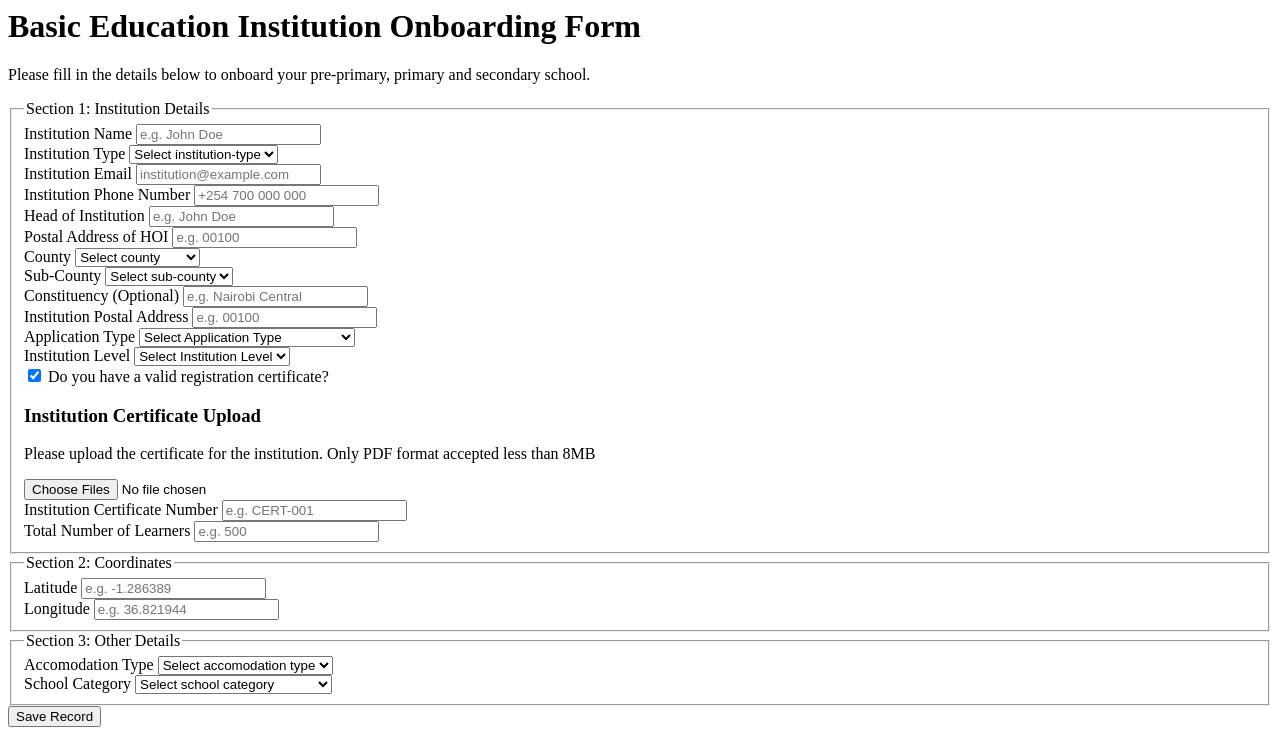
Repository: ndirituart/KEMIS
Page: angular-client/src/app/pages/basic-education/basic-education.html
An editor plug-in stored every save of this project. The page is shown before and after a run of saves, followed by the edit.
The browser window is 1280 px wide. The pictures show the whole page.

Above is the page before, as saved 2026-10-20 22:31:27.

### angular-client/src/app/pages/basic-education/basic-education.html
<div class="kemis-form-wrapper">
<form class="kemis-form" (ngSubmit)="onSubmit()" #myForm="ngForm">
<h1 class="text-center mb-4">Basic Education Institution Onboarding Form</h1>
<p class="text-center mb-0">Please fill in the details below to onboard your pre-primary, primary and secondary school.</p>
<span></span>
  <!-- ========================================== -->
  <!-- Section 1: Institution Details                -->
  <!-- ========================================== -->
  <fieldset class="mb-4 p-3 border rounded">
    <legend class="float-none w-auto px-2 fs-5 fw-bold text-primary">Section 1: Institution Details</legend>

    <div class="row g-3">
      <!-- Institution Name -->
      <div class="col-md-6">
        <label for="institutionName" class="form-label fw-semibold">Institution Name</label>
        <input type="text" class="form-control" id="institutionName" name="institutionName" placeholder="e.g. John Doe" required>
      </div>

      <!-- Type of School based on Gender -->
      <div class="col-md-6">
        <label for="institutionType" class="form-label fw-semibold">Institution Type</label>
        <select class="form-select" id="institutionType" name="institutionType" required>
          <option value="" disabled selected>Select institution-type</option>
          <option value="Boy's School">Boy's School</option>
          <option value="Girl's School">Girl's School</option>
          <option value="Mixed School">Mixed School</option>
        </select>
      </div>

      <!-- Institution Email -->
      <div class="col-md-6">
        <label for="emailId" class="form-label fw-semibold">Institution Email</label>
        <input type="email" class="form-control" id="emailId" name="emailId" placeholder="institution@example.com" required>
      </div>

      <!-- Institution Phone Number -->
      <div class="col-md-6">
        <label for="mobileNo" class="form-label fw-semibold">Institution Phone Number</label>
        <input type="tel" class="form-control" id="mobileNo" name="mobileNo" placeholder="+254 700 000 000" required>
      </div>

      <!-- Head of Institution -->
      <div class="col-md-6">
        <label for="headOfInstitution" class="form-label fw-semibold">Head of Institution</label>
        <input type="text" class="form-control" id="headOfInstitution" name="headOfInstitution" placeholder="e.g. John Doe" required>
      </div>

      <!-- Postal Address of HOI -->
      <div class="col-md-6">
        <label for="postalAddressHoi" class="form-label fw-semibold">Postal Address of HOI</label>
        <input type="text" class="form-control" id="postalAddressHoi" name="postalAddressHoi" placeholder="e.g. 00100" required>
      </div>

      <!--County List-->
      <div class="col-md-6">
        <label for="county" class="form-label fw-semibold">County</label>
        <select class="form-select" id="county" name="county" required>
          <option value="" disabled selected>Select county</option>
      <option value="baringo">Baringo</option>
      <option value="bomet">Bomet</option>
      <option value="bungoma">Bungoma</option>
      <option value="busia">Busia</option>
      <option value="elgeyo marakwet">Elgeyo Marakwet</option>
      <option value="embu">Embu</option>
      <option value="garissa">Garissa</option>
      <option value="homa bay">Homa Bay</option>
      <option value="isiolo">Isiolo</option>
      <option value="kajiado">Kajiado</option>
      <option value="kakamega">Kakamega</option>
      <option value="kericho">Kericho</option>
      <option value="kiambu">Kiambu</option>
      <option value="kilifi">Kilifi</option>
      <option value="kirinyaga">Kirinyaga</option>
      <option value="kisii">Kisii</option>
      <option value="kisumu">Kisumu</option>
      <option value="kitui">Kitui</option>
      <option value="kwale">Kwale</option>
      <option value="laikipia">Laikipia</option>
      <option value="lamu">Lamu</option>
      <option value="machakos">Machakos</option>
      <option value="makueni">Makueni</option>
      <option value="mandera">Mandera</option>
      <option value="meru">Meru</option>
      <option value="migori">Migori</option>
      <option value="marsabit">Marsabit</option>
      <option value="mombasa">Mombasa</option>
      <option value="muranga">Muranga</option>
      <option value="nairobi">Nairobi</option>
      <option value="nakuru">Nakuru</option>
      <option value="nandi">Nandi</option>
      <option value="narok">Narok</option>
      <option value="nyamira">Nyamira</option>
      <option value="nyandarua">Nyandarua</option>
      <option value="nyeri">Nyeri</option>
      <option value="samburu">Samburu</option>
      <option value="siaya">Siaya</option>
      <option value="taita taveta">Taita Taveta</option>
      <option value="tana river">Tana River</option>
      <option value="tharaka nithi">Tharaka Nithi</option>
      <option value="trans nzoia">Trans Nzoia</option>
      <option value="turkana">Turkana</option>
      <option value="uasin gishu">Uasin Gishu</option>
      <option value="vihiga">Vihiga</option>
      <option value="wajir">Wajir</option>
      <option value="pokot">West Pokot</option>
  </select>
      </div>

      <!--TO-DO: Nestsed array for Sub-County List dependent on county chosen-->
      <div class="col-md-6">
        <label for="subCounty" class="form-label fw-semibold">Sub-County</label>
        <select class="form-select" id="subCounty" name="subCounty" required>
          <option value="" disabled selected>Select sub-county</option>
        </select>
      </div>

      <!--Constituency Name OPTIONAL-->
      <div class="col-md-6">
        <label for="constituency" class="form-label fw-semibold">Constituency (Optional)</label>
        <input type="text" class="form-control" id="constituency" name="constituency" placeholder="e.g. Nairobi Central">
      </div>

      <!--Institution Postal Address-->
      <div class="col-md-6">
        <label for="postalAddressInstitution" class="form-label fw-semibold">Institution Postal Address</label>
        <input type="text" class="form-control" id="postalAddressInstitution" name="postalAddressInstitution" placeholder="e.g. 00100" required>
      </div>

       <!-- Application Type -->
      <div class="col-md-6">
        <label for="applicationType" class="form-label fw-semibold">Application Type</label>
        <select class="form-select" id="applicationType" name="applicationType" required>
          <option value="" disabled selected>Select Application Type</option>
          <option value="Regular School">Regular School</option>
          <option value="Regular School with Special Unit">Regular School with Special Unit</option>
          <option value="Special School">Special School</option>
        </select>
      </div>

       <!-- Institution Level -->
      <div class="col-md-6">
        <label for="institutionLevel" class="form-label fw-semibold">Institution Level</label>
        <select class="form-select" id="institutionLevel" name="institutionLevel" required>
          <option value="" disabled selected>Select Institution Level</option>
          <option value="Pre-Primary">Pre-Primary</option>
          <option value="Primary">Primary</option>
          <option value="Secondary">Secondary</option>
          <option value="High School">High School</option>
        </select>
      </div>

      <!-- Question on Valid School Certificate-->
      <div class="col-12 mt-3">
        <div class="form-check form-switch">
          <input class="form-check-input" type="checkbox" role="switch" id="certificateValid" name="certificateValid" checked>
          <label class="form-check-label fw-semibold" for="certificateValid">Do you have a valid registration certificate?</label>
        </div>
      </div>

      <!--Certificate Upload-->
      <div class="upload">
        <h3>Institution Certificate Upload</h3>
        <p class="upload__description">Please upload the certificate for the institution. Only PDF format accepted less than 8MB </p>
        <input class="upload__input" id="certificatePdf" type="file" multiple />
        <div class="upload__files">
        </div>
      </div>

      <!--Institution Certificate Number-->
      <div class="col-md-6">
        <label for="certificateNumber" class="form-label fw-semibold">Institution Certificate Number</label>
        <input type="text" class="form-control" id="certificateNumber" name="certificateNumber" placeholder="e.g. CERT-001" required>
      </div>

      <!--Total Number of Learners-->
      <div class="col-md-6">
        <label for="totalLearners" class="form-label fw-semibold">Total Number of Learners</label>
        <input type="number" class="form-control" id="totalLearners" name="totalLearners" placeholder="e.g. 500" required>
      </div>

    </div>
  </fieldset>

  <!-- ========================================== -->
  <!-- SECTION 2: Coordinates            -->
  <!-- ========================================== -->
  <fieldset class="mb-4 p-3 border rounded">
    <legend class="float-none w-auto px-2 fs-5 fw-bold text-primary">Section 2: Coordinates</legend>

    <div class="row g-3">
      <!-- Latitude -->
      <div class="col-md-6">
        <label for="latitude" class="form-label fw-semibold">Latitude</label>
        <input type="number" class="form-control" id="latitude" name="latitude" placeholder="e.g. -1.286389" required>
      </div>

      <!-- Longitude -->
      <div class="col-md-6">
        <label for="longitude" class="form-label fw-semibold">Longitude</label>
        <input type="number" class="form-control" id="longitude" name="longitude" placeholder="e.g. 36.821944" required>
      </div>


    </div>
  </fieldset>

  <!-- ========================================== -->
  <!-- SECTION 3: Other Details                -->
  <!-- ========================================== -->
  <fieldset class="mb-4 p-3 border rounded">
    <legend class="float-none w-auto px-2 fs-5 fw-bold text-primary">Section 3: Other Details</legend>

    <div class="row g-3">

      <!-- Accomodation Type -->
      <div class="col-md-6">
        <label for="accomodationType" class="form-label fw-semibold">Accomodation Type</label>
        <select class="form-select" id="accomodationType" name="accomodationType" required>
          <option value="" disabled selected>Select accomodation type</option>
          <option value="Day">Day</option>
          <option value="Boarding">Boarding</option>
          <option value="Hybrid">Hybrid</option>
        </select>
      </div>

      <!-- School Category -->
      <div class="col-md-6">
        <label for="schoolCategory" class="form-label fw-semibold">School Category</label>
        <select class="form-select" id="schoolCategory" name="schoolCategory" required>
          <option value="" disabled selected>Select school category</option>
          <option value="Private">Private</option>
          <option value="Public">Public</option>
          <option value="Refugee Camp-based School">Refugee Camp-based School</option>
        </select>
      </div>
    </div>
  </fieldset>

  <!-- Submit Button -->
  <div class="d-grid gap-2 mt-4">
    <button type="submit" class="btn btn-primary btn-lg">Save Record</button>
  </div>

</form>
</div>

After the next 2 saves:
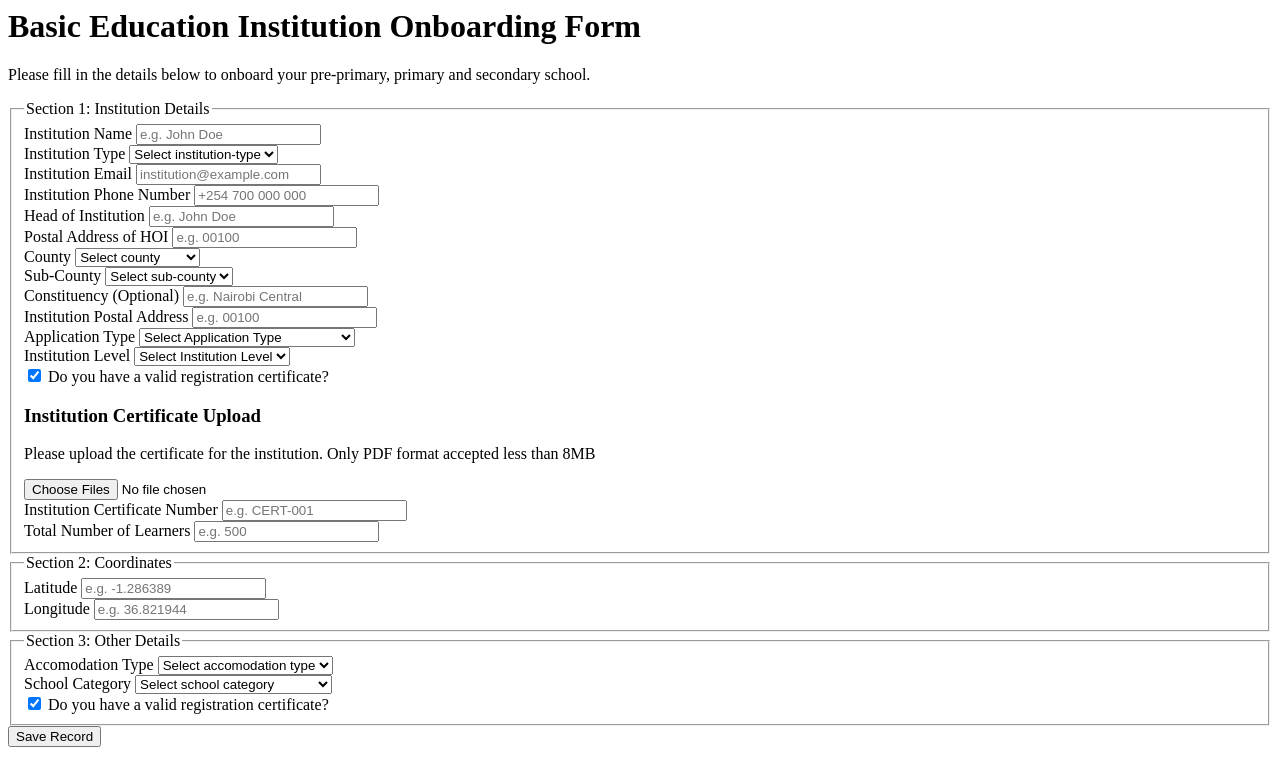
The 2 saves are shown as one change because they came seconds apart.
The last was saved 6 s later.
--- a/angular-client/src/app/pages/basic-education/basic-education.html
+++ b/angular-client/src/app/pages/basic-education/basic-education.html
@@ -233,6 +233,13 @@
           <option value="Refugee Camp-based School">Refugee Camp-based School</option>
         </select>
       </div>
+
+      <div class="col-12 mt-3">
+        <div class="form-check form-switch">
+          <input class="form-check-input" type="checkbox" role="switch" id="certificateValid" name="certificateValid" checked>
+          <label class="form-check-label fw-semibold" for="certificateValid">Do you have a valid registration certificate?</label>
+        </div>
+      </div>
     </div>
   </fieldset>
 
